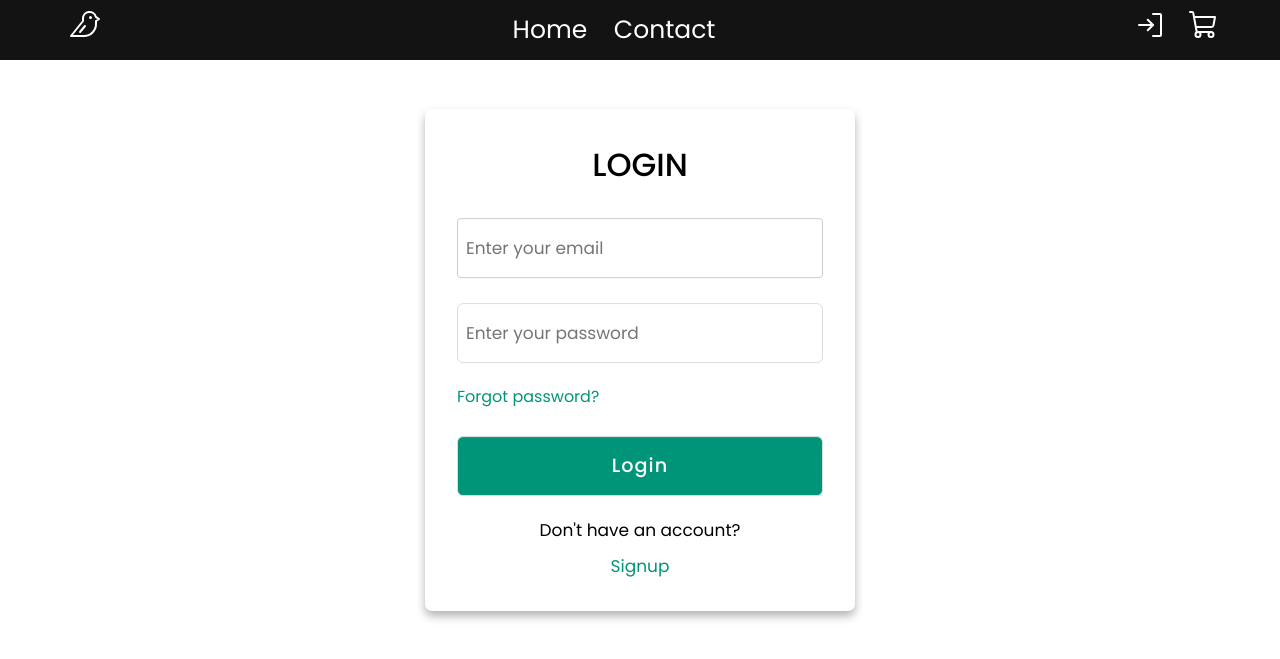
Repository: hoangdanh2/swp301
Page: /register
These files come from the project's save history. The page is drawn as it stood at one moment and after a run of saves; the edit follows.
The browser window is 1280 px wide. The pictures show the whole page.
The project was rebuilt for these pictures with package versions that can differ from the ones it lists, and the page was loaded fresh each time. Also part of the build but not shown: src/pages/shop/product.jsx, src/pages/shop/shop.css, src/pages/shop/shop.jsx, src/pages/contact/contact.jsx, src/pages/cart/cart-item.jsx, src/pages/cart/cart.css, src/pages/cart/cart.jsx.

Above is the page before, as saved 2023-05-29 10:27:07.

### src/App.js
import './App.css';
import { BrowserRouter as Router, Routes, Route } from "react-router-dom";
import { Navbar } from "./components/navbar";
import { Register } from "./pages/register/register";
import { Shop } from "./pages/shop/shop";
import { Contact } from "./pages/contact/contact";
import { Cart } from "./pages/cart/cart";
import { ShopContextProvider } from './context/shop-context';


function App() {
  return (
    <div className = "App">
      <ShopContextProvider>
        <Router>
          <Navbar />
          <Routes>
            <Route path = "/register" element = {<Register />} />
            <Route path = "/" element = {<Shop />} />
            <Route path = "/contact" element = {<Contact />} />
            <Route path = "/cart" element = {<Cart />} />
          </Routes>
        </Router>
      </ShopContextProvider>
    </div>
  );
}

export default App;

### src/App.css
.App {
  width: 100%;
  height: auto;
  min-height: 100vh;
  font-family: 'Segoe UI', Tahoma, Geneva, Verdana, sans-serif;
}

body {
  padding: 0;
  margin: 0;
}

### src/components/navbar.jsx
import React from "react";
import { Link } from "react-router-dom";
import { ShoppingCart, Bird, SignIn } from "phosphor-react";
import "./navbar.css";

export const Navbar = () => {
  return (
    <div className="navbar">
      <div className="links">
        <div className="icon">
          <Link to="/">
            <Bird size={32} />
          </Link>
        </div>
        <div className="middle">
          <Link to="/"> Home </Link>
          <Link to="/contact"> Contact</Link>
        </div>
        <div className="end">
            <Link to="/register">
                <SignIn size={32}/>
            </Link>
          <Link to="/cart">
            <ShoppingCart size={32} />
          </Link>
        </div>
      </div>
    </div>
  );
};

### src/pages/register/register.jsx
import React from "react";
import "./register.css";

export const Register = () => {
  return (
    <div className="container">
    <input type="checkbox" id="check"></input>
    <div className="login form">
      <header>LOGIN</header>
      <form action="#">
        <input type="text" placeholder="Enter your email"></input>
        <input type="password" placeholder="Enter your password"></input>
        <a href="#">Forgot password?</a>
        <input type="button" className="button" value="Login"></input>
      </form>
      <div className="signup">
        <span className="signup">Don't have an account?
         <label for="check">Signup</label>
        </span>
      </div>
    </div>
    <div className="registration form">
      <header>SIGNUP</header>
      <form action="#">
        <input type="text" placeholder="Enter your email"></input>
        <input type="password" placeholder="Create a password"></input>
        <input type="password" placeholder="Confirm your password"></input>
        <input type="button" className="button" value="Signup"></input>
      </form>
      <div className="signup">
        <span className="signup">Already have an account?
         <label for="check">Login</label>
        </span>
      </div>
    </div>
  </div>
  );
};

### src/context/shop-context.jsx
import { createContext, useEffect, useState } from "react";
import { PRODUCTS } from "../products";

export const ShopContext = createContext(null);

const getDefaultCart = () => {
    let cart = {};
    for (let i = 1; i < PRODUCTS.length + 1; i++) {
        cart[i] = 0;
    }
    return cart;
}

export const ShopContextProvider = (props) => {
    const [cartItems, setCartItems] = useState(getDefaultCart());

    const getTotalCartAmount = () => {
        let totalAmount = 0;
        for (const item in cartItems) {
            if (cartItems[item] > 0) {
                let itemInfo = PRODUCTS.find((product) => product.id === Number(item));
                totalAmount += cartItems[item] *itemInfo.price;
            }
        }
        return totalAmount;
    };

    const addToCart = (itemId) => {
        setCartItems((prev) => ({ ...prev, [itemId]: prev[itemId] + 1}));
    };

    const removeFromCart = (itemId) => {
        setCartItems((prev) => ({ ...prev, [itemId]: prev[itemId] - 1}));
    };

    const updateCartItemCount = (newAmount, itemId) => {
        setCartItems((prev) => ({ ...prev, [itemId]: newAmount }));
    };

    const checkout = () => {
        setCartItems(getDefaultCart());
    };

    const contextValue = {
        cartItems,
        addToCart,
        updateCartItemCount,
        removeFromCart,
        getTotalCartAmount,
        checkout,
    };

    return (
        <ShopContext.Provider value={contextValue}>
            {props.children}
        </ShopContext.Provider>
    );
};

### src/components/navbar.css
.navbar {
    width: 100%;
    height: 60px;
    background-color: rgb(19, 19, 19);
    display: flex;
    justify-content: center;
    align-items: center;
}

.links {
    margin-right: 50px;
    display: flex;
    align-items: center;
    justify-content: space-between;
    width: 100%;
}

.icon {
    margin-left: 50px;
}

.end {
    padding: 0 10px;
}

.links a {
    text-decoration: none;
    color: white;
    margin-left: 20px;
    font-size: 25px;
}

### src/pages/register/register.css
/* Import Google font - Poppins */
@import url('https://fonts.googleapis.com/css2?family=Poppins:wght@200;300;400;500;600;700&display=swap');
*{
  margin: 0;
  padding: 0;
  box-sizing: border-box;
  font-family: 'Poppins', sans-serif;
}

.container{
  position: absolute;
  top: 50%;
  left: 50%;
  transform: translate(-50%,-50%);
  max-width: 430px;
  width: 100%;
  background: #fff;
  border-radius: 7px;
  box-shadow: 0 5px 10px rgba(0,0,0,0.3);
}

.container .registration{
  display: none;
}

#check:checked ~ .registration{
  display: block;
}

#check:checked ~ .login{
  display: none;
}

#check{
  display: none;
}

.container .form{
  padding: 2rem;
}

.form header{
  font-size: 2rem;
  font-weight: 500;
  text-align: center;
  margin-bottom: 1.5rem;
}

 .form input{
   height: 60px;
   width: 100%;
   padding: 0 8px;
   font-size: 17px;
   margin-top: 15px;
   margin-bottom: 1.3rem;
   border: 1px solid #ddd;
   border-radius: 6px;
   outline: none;
 }

 .form input:focus{
   box-shadow: 0 1px 0 rgba(0,0,0,0.2);
 }

.form a{
  font-size: 16px;
  color: #009579;
  text-decoration: none;
}

.form a:hover{
  text-decoration: underline;
}

.form input.button{
  color: #fff;
  background: #009579;
  font-size: 1.2rem;
  font-weight: 500;
  letter-spacing: 1px;
  margin-top: 1.7rem;
  cursor: pointer;
  transition: 0.4s;
}

.form input.button:hover{
  background: #006653;
}

.signup{
  font-size: 17px;
  text-align: center;
}

.signup label{
  color: #009579;
  cursor: pointer;
}

.signup label:hover{
  text-decoration: underline;
}
input[type="text"],
input[type="email"],
input[type="message"],
textarea {
    width: 100%;
    padding: 8px;
    border: 1px solid #ccc;
    border-radius: 4px;
    box-sizing: border-box;
    margin-top: 5px;
    margin-bottom: 10px;
}

### src/products.js
import product1 from "./assets/products/1.png";
import product2 from "./assets/products/1.png";
import product3 from "./assets/products/1.png";
import product4 from "./assets/products/1.png";
import product5 from "./assets/products/1.png";
import product6 from "./assets/products/1.png";
import product7 from "./assets/products/1.png";
import product8 from "./assets/products/1.png";

export const PRODUCTS = [
  {
    id: 1,
    productName: "Bird Food",
    price: 999.0,
    productImage: product1,
  },
  {
    id: 2,
    productName: "Bird Food",
    price: 1999.0,
    productImage: product2,
  },
  {
    id: 3,
    productName: "Bird Food",
    price: 699.0,
    productImage: product3,
  },
  {
    id: 4,
    productName: "Bird Food",
    price: 228.0,
    productImage: product4,
  },
  {
    id: 5,
    productName: "Bird Food",
    price: 19.99,
    productImage: product5,
  },
  {
    id: 6,
    productName: "Bird Food",
    price: 68.0,
    productImage: product6,
  },
  {
    id: 7,
    productName: "Bird Food",
    price: 120.0,
    productImage: product7,
  },
  {
    id: 8,
    productName: "Bird Food",
    price: 40.0,
    productImage: product8,
  },
];

### src/pages/contact/contact.css
.contact{
    max-width: 400px;
    margin: 0 auto;
    padding: 20px;
}
.title-contact{
    text-align: center;
}
label{
    display: block;
    margin-top: 10px;
}
.form-contact{

    text-align: center;
}

input[type="text"],
input[type="email"],
input[type="message"],
textarea {
  width: 100%;
  padding: 8px;
  border: 1px solid #ccc;
  border-radius: 4px;
  box-sizing: border-box;
  margin-top: 5px;
  margin-bottom: 10px;
}

input[type="submit"] {
    background-color: #4CAF50;
    color: white;
    padding: 10px 15px;
    border: none;
    border-radius: 4px;
    cursor: pointer;
    font-size: 16px;
  }

  input[type="submit"]:hover {
    background-color: #45a049;
  }

  textarea {
    height: 100px;
  }

Loaded but not shown: public/index.html (common file); src/index.js (common file); src/index.css (common file); src/reportWebVitals.js (common file)

After the next 2 saves:
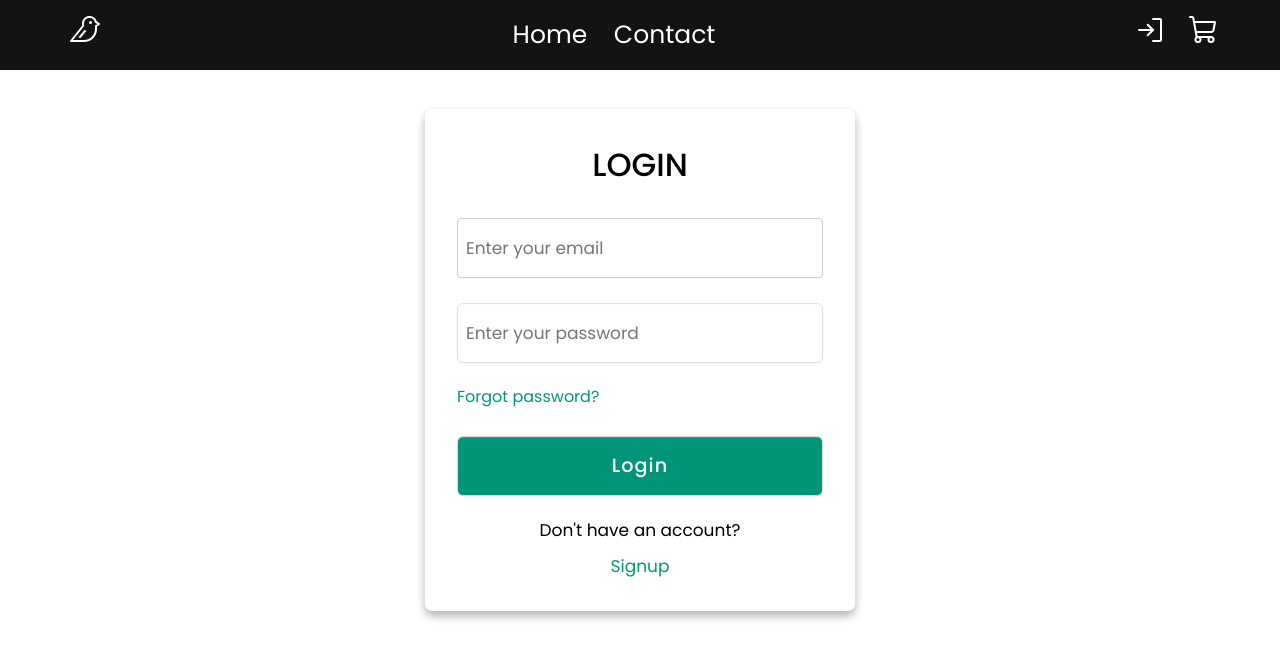
The 2 saves are shown as one change because they came seconds apart.
The last was saved 10 s later.
--- a/src/components/navbar.css
+++ b/src/components/navbar.css
@@ -1,6 +1,6 @@
 .navbar {
     width: 100%;
-    height: 60px;
+    height: 70px;
     background-color: rgb(19, 19, 19);
     display: flex;
     justify-content: center;
